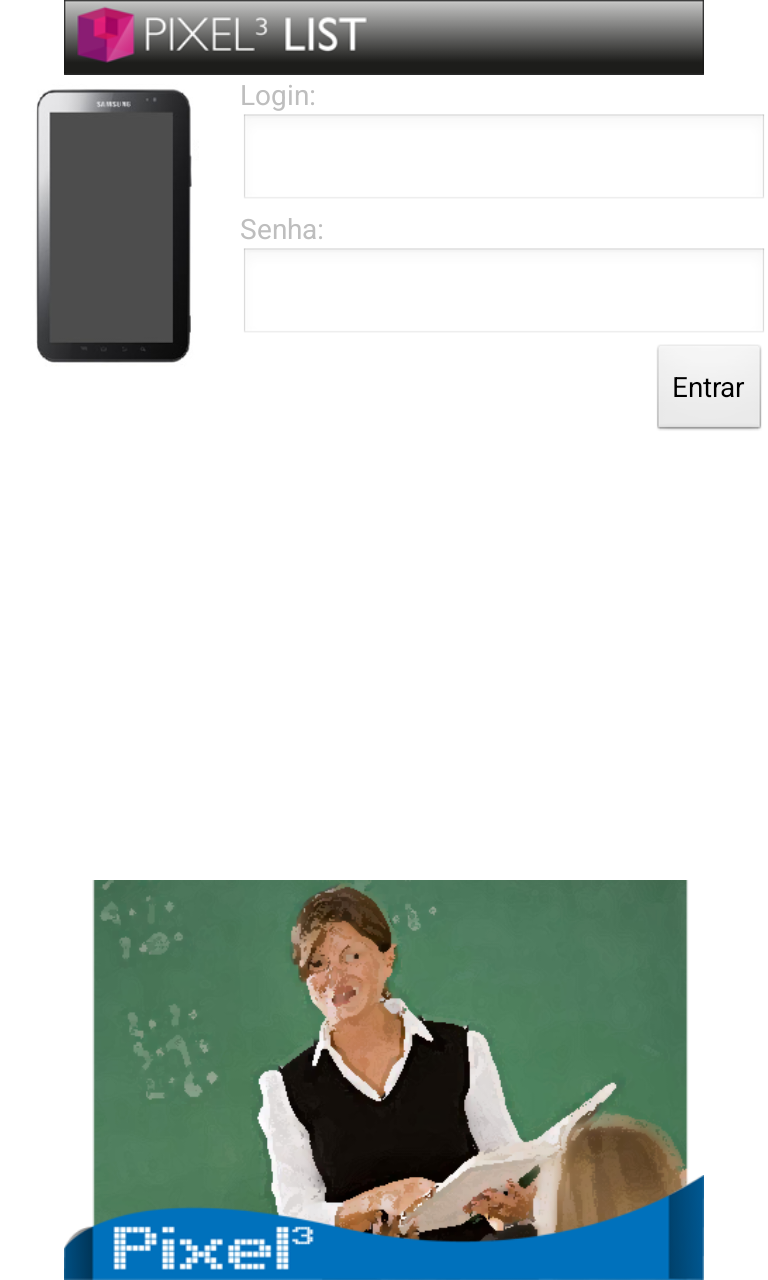
Repository: pixel3mobi/listaDigital
Layout: Pixel3List/res/layout/main.xml
The author's editor kept a copy of each file at every save. The layout is drawn from the files as they stood at one save, then again after the next save.
It is drawn on a 768 x 1280 px phone screen (xhdpi) without system bars, with theme android:Theme; the app's code is not run.

Above is the layout before, as saved 2011-03-26 00:01:28.

After the next save:
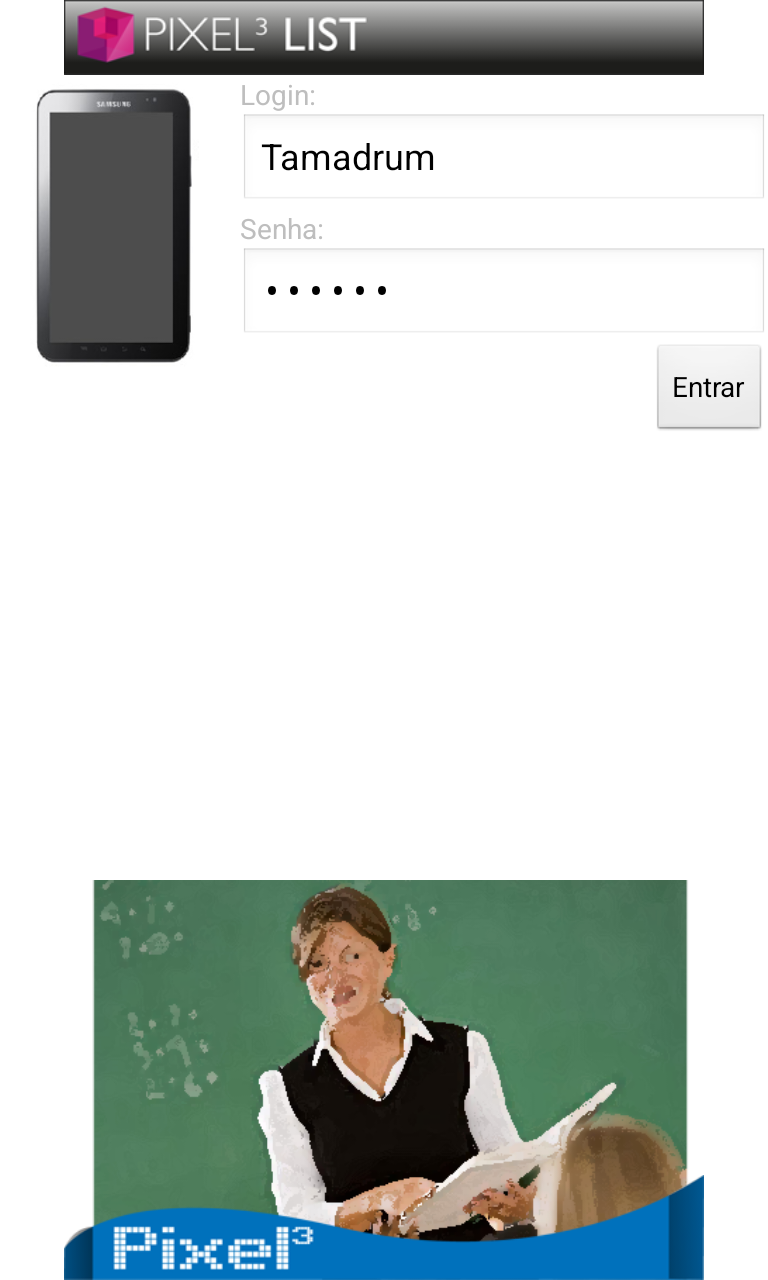
Saved 55 s later.
--- a/Pixel3List/res/layout/main.xml
+++ b/Pixel3List/res/layout/main.xml
@@ -45,6 +45,7 @@
 			</TextView>
 			<EditText
 				android:id="@+id/editLogin"
+				android:text="Tamadrum"
 				android:layout_width="fill_parent"
 				android:layout_height="wrap_content"
 				android:layout_below="@+id/txtLogin"
@@ -61,6 +62,7 @@
 			<EditText
 				android:id="@+id/editSenha"
 				android:password="true"
+				android:text="tamadr"
 				android:layout_width="fill_parent"
 				android:layout_height="wrap_content"
 				android:layout_below="@+id/txtSenha"
